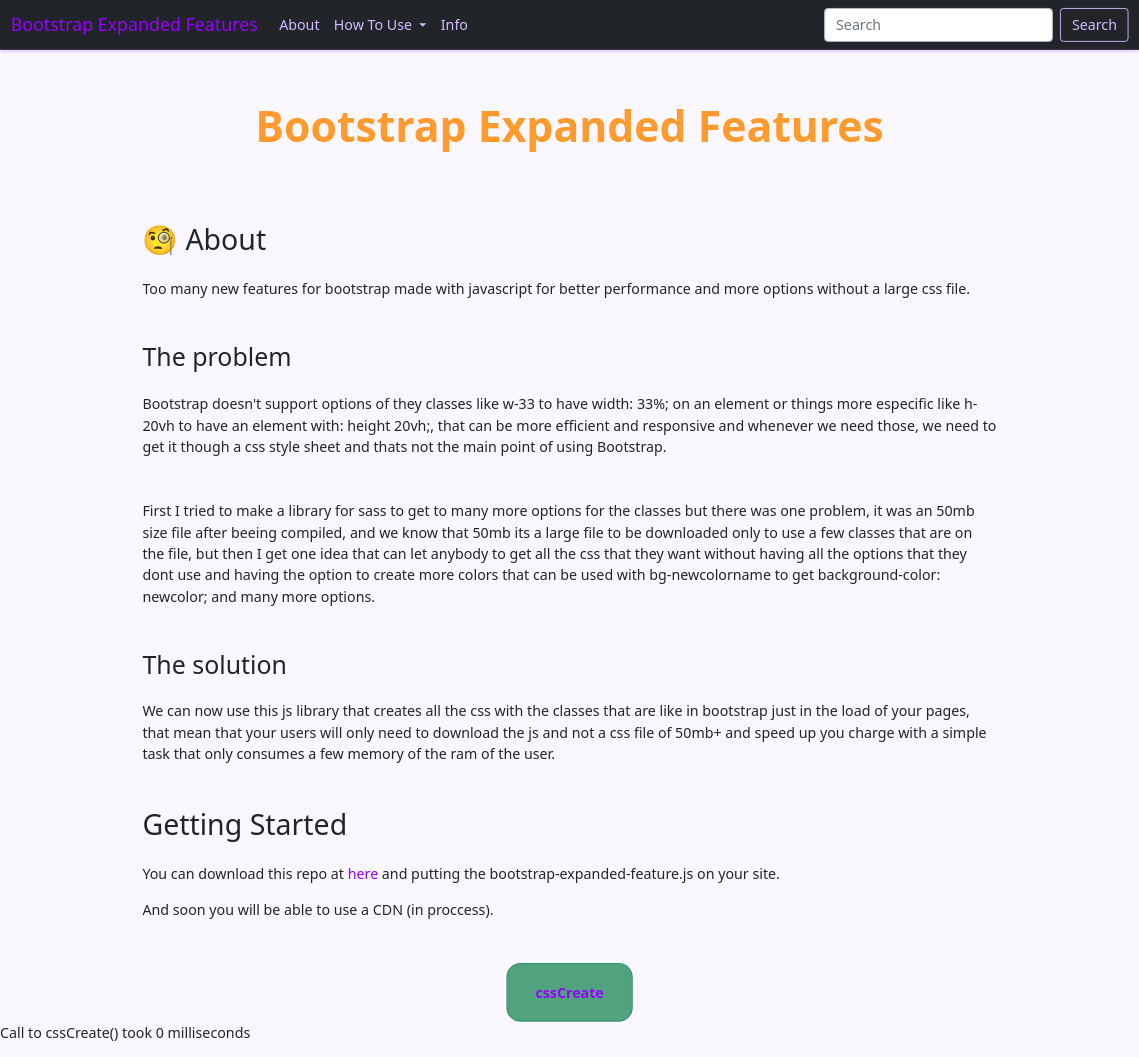
Repository: LynxPardelle/bootstrap-expanded-features
Page: index.html
An editor plug-in stored every save of this project. The page is shown before and after the next save, followed by the edit.
The browser window is 1280 px wide. The pictures show the whole page, at 89% of full size.

Above is the page before, as saved 2021-12-31 07:26:37.

### index.html
<!DOCTYPE html>
<html lang="es">
  <head>
    <meta charset="UTF-8" />
    <meta http-equiv="X-UA-Compatible" content="IE=edge" />
    <meta name="viewport" content="width=device-width, initial-scale=1.0" />
    <title>Bootstrap Expanded Features</title>
    <link
      href="https://cdn.jsdelivr.net/npm/bootstrap@5.1.3/dist/css/bootstrap.min.css"
      rel="stylesheet"
      integrity="sha384-1BmE4kWBq78iYhFldvKuhfTAU6auU8tT94WrHftjDbrCEXSU1oBoqyl2QvZ6jIW3"
      crossorigin="anonymous"
    />
    <link rel="stylesheet" href="./style.css" />
  </head>
  <body class="bef bef-bg-futurePop__OPA__0_03">
    <header>
      <nav
        class="
          navbar navbar-expand-lg navbar-dark
          bg-dark
          align-items-center
          bef
          bef-boxShadow-0px__2px__4px__lavender
          position-fixed
          top-0
          w-100
        "
      >
        <div class="container-fluid">
          <a class="navbar-brand bef bef-text-futurePop" href="#"
            >Bootstrap Expanded Features</a
          >
          <button
            class="navbar-toggler"
            type="button"
            data-bs-toggle="collapse"
            data-bs-target="#navbarSupportedContent"
            aria-controls="navbarSupportedContent"
            aria-expanded="false"
            aria-label="Toggle navigation"
          >
            <span class="navbar-toggler-icon"></span>
          </button>
          <div class="collapse navbar-collapse" id="navbarSupportedContent">
            <ul class="navbar-nav me-auto mb-lg-0">
              <li class="nav-item">
                <a class="nav-link bef bef-text-lavender" href="#about"
                  >About</a
                >
              </li>
              <li class="nav-item dropdown">
                <a
                  class="nav-link bef bef-text-lavender dropdown-toggle"
                  href="#howToUse"
                  id="navbarDropdown"
                  role="button"
                  data-bs-toggle="dropdown"
                  aria-expanded="false"
                >
                  How To Use
                </a>
                <ul
                  class="dropdown-menu dropdown-menu-dark"
                  aria-labelledby="navbarDropdown"
                >
                  <li>
                    <a class="dropdown-item bef bef-text-lavender" href="#"
                      >Action</a
                    >
                  </li>
                  <li>
                    <a class="dropdown-item bef bef-text-lavender" href="#"
                      >Another action</a
                    >
                  </li>
                  <li><hr class="dropdown-divider" /></li>
                  <li>
                    <a class="dropdown-item bef bef-text-lavender" href="#"
                      >Something else here</a
                    >
                  </li>
                </ul>
              </li>
              <li class="nav-item">
                <a class="nav-link bef bef-text-lavender" href="#Info">Info</a>
              </li>
            </ul>
            <form class="d-flex">
              <input
                id="searchInput"
                class="form-control me-2"
                type="search"
                placeholder="Search"
                aria-label="Search"
              />
              <button class="btn bef bef-btnOutline-lavender">Search</button>
            </form>
          </div>
        </div>
      </nav>

      <h1
        class="
          text-center
          d-block
          bef bef-w-85vw bef-w-md-75vw
          bef-fs-2rem bef-fs-md-3rem
          bef-m-7rem__auto__5rem
          bef-text-summer
          fw-bolder
        "
      >
        Bootstrap Expanded Features
      </h1>
    </header>

    <div>
      <main class="bef bef-w-85vw bef-wmx-1000px bef-w-md-75vw mx-auto">
        <section>
          <a id="about"></a>
          <h2>🧐 About</h2>
          <article>
            <p class="mt-4 mb-5 text-start">
              Too many new features for bootstrap made with javascript for
              better performance and more options without a large css file.
            </p>
          </article>
          <article>
            <h3>The problem</h3>
            <p class="mt-4 mb-5 text-start">
              Bootstrap doesn't support options of they classes like w-33 to
              have width: 33%; on an element or things more especific like
              h-20vh to have an element with: height 20vh;, that can be more
              efficient and responsive and whenever we need those, we need to
              get it though a css style sheet and thats not the main point of
              using Bootstrap.
            </p>
            <p class="mt-4 mb-5 text-start">
              First I tried to make a library for sass to get to many more
              options for the classes but there was one problem, it was an 50mb
              size file after beeing compiled, and we know that 50mb its a large
              file to be downloaded only to use a few classes that are on the
              file, but then I get one idea that can let anybody to get all the
              css that they want without having all the options that they dont
              use and having the option to create more colors that can be used
              with bg-newcolorname to get background-color: newcolor; and many
              more options.
            </p>
          </article>
          <article>
            <h3>The solution</h3>
            <p class="mt-4 mb-5 text-start">
              We can now use this js library that creates all the css with the
              classes that are like in bootstrap just in the load of your pages,
              that mean that your users will only need to download the js and
              not a css file of 50mb+ and speed up you charge with a simple task
              that only consumes a few memory of the ram of the user.
            </p>
          </article>
        </section>
        <section>
          <a id="getting_started"></a>
          <h2>Getting Started</h2>
          <article>
            <p class="mt-4 mb-3 text-start bef bef-link-futurePop">
              You can download this repo at
              <a
                class="text-decoration-none"
                href="https://github.com/LynxPardelle/bootstrap-expanded-features.git"
                target="_blank"
                >here</a
              > and putting the bootstrap-expanded-feature.js on your site.
            </p>
            <p class="mt-3 mb-5 text-start bef bef-link-futurePop">
              And soon you will be able to use a CDN (in proccess).
            </p>
          </article>
        </section>
      </main>
      <aside></aside>
    </div>

    <footer>
      <a id="#info"></a>
      <button
        class="
          btn
          bef
          bef-btn-success__OPA__0_75
          bef-text-futurePop
          fw-bold
          d-block
          mx-auto
          bef-p-1_25rem__2rem
          bef-rounded-1rem
        "
        onclick="cssCreate()"
      >
        cssCreate
      </button>

      <div id="befTimer"></div>
    </footer>

    <!--
Classes:
w width
h height
wmx max-width
hmx max-height
wmn min-width
hmn min-height
rounded border-radius
z z-index
opacity opacity
top top
bottom bottom
end left
start right
fs font-size
lh line-height
gap gap
p padding
m margin
border border-width
borderStyle border-style

bg background-color
text color
link a color
borderColor border-color
btn background-color border-color box-shadow
btnOutline border-color box-shadow
boxShadow box-shadow
textShadow text-shadow

Sides:
s left
e right
t top
b bottom
x left & right
y top & bottom

BreakPoints:
sm 576
md 768
lg 992
xl 1200
xxl 1400
-->
    <script
      src="https://cdn.jsdelivr.net/npm/bootstrap@5.1.3/dist/js/bootstrap.bundle.min.js"
      integrity="sha384-ka7Sk0Gln4gmtz2MlQnikT1wXgYsOg+OMhuP+IlRH9sENBO0LRn5q+8nbTov4+1p"
      crossorigin="anonymous"
    ></script>
    <script>
      var colors = {
        monster: "#00AA00",
        futurePop: "#9700FF",
      };
    </script>
    <script src="./bootstrap-expanded-features.js"></script>
  </body>
</html>

Loaded but not shown: bootstrap-expanded-features.js (library); style.css (no stored copy; drawn as an empty file)

After the next save:
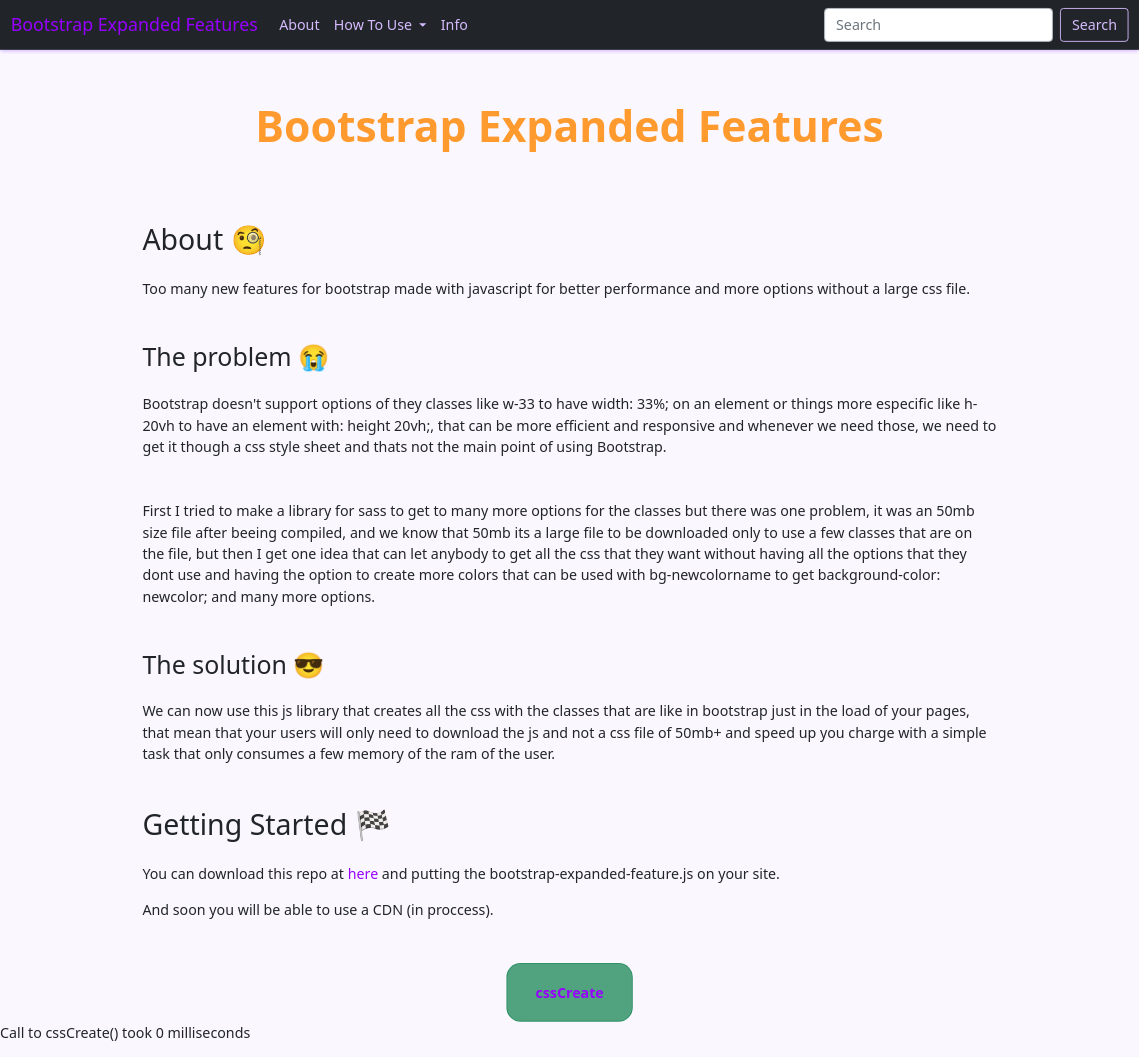
Saved 35 s later.
--- a/index.html
+++ b/index.html
@@ -104,8 +104,7 @@
         class="
           text-center
           d-block
-          bef bef-w-85vw bef-w-md-75vw
-          bef-fs-2rem bef-fs-md-3rem
+          bef bef-w-85vw bef-w-md-75vw bef-fs-2rem bef-fs-md-3rem
           bef-m-7rem__auto__5rem
           bef-text-summer
           fw-bolder
@@ -119,7 +118,7 @@
       <main class="bef bef-w-85vw bef-wmx-1000px bef-w-md-75vw mx-auto">
         <section>
           <a id="about"></a>
-          <h2>🧐 About</h2>
+          <h2>About 🧐</h2>
           <article>
             <p class="mt-4 mb-5 text-start">
               Too many new features for bootstrap made with javascript for
@@ -127,7 +126,7 @@
             </p>
           </article>
           <article>
-            <h3>The problem</h3>
+            <h3>The problem 😭</h3>
             <p class="mt-4 mb-5 text-start">
               Bootstrap doesn't support options of they classes like w-33 to
               have width: 33%; on an element or things more especific like
@@ -149,7 +148,7 @@
             </p>
           </article>
           <article>
-            <h3>The solution</h3>
+            <h3>The solution 😎</h3>
             <p class="mt-4 mb-5 text-start">
               We can now use this js library that creates all the css with the
               classes that are like in bootstrap just in the load of your pages,
@@ -161,7 +160,7 @@
         </section>
         <section>
           <a id="getting_started"></a>
-          <h2>Getting Started</h2>
+          <h2>Getting Started 🏁</h2>
           <article>
             <p class="mt-4 mb-3 text-start bef bef-link-futurePop">
               You can download this repo at
@@ -170,7 +169,8 @@
                 href="https://github.com/LynxPardelle/bootstrap-expanded-features.git"
                 target="_blank"
                 >here</a
-              > and putting the bootstrap-expanded-feature.js on your site.
+              >
+              and putting the bootstrap-expanded-feature.js on your site.
             </p>
             <p class="mt-3 mb-5 text-start bef bef-link-futurePop">
               And soon you will be able to use a CDN (in proccess).
